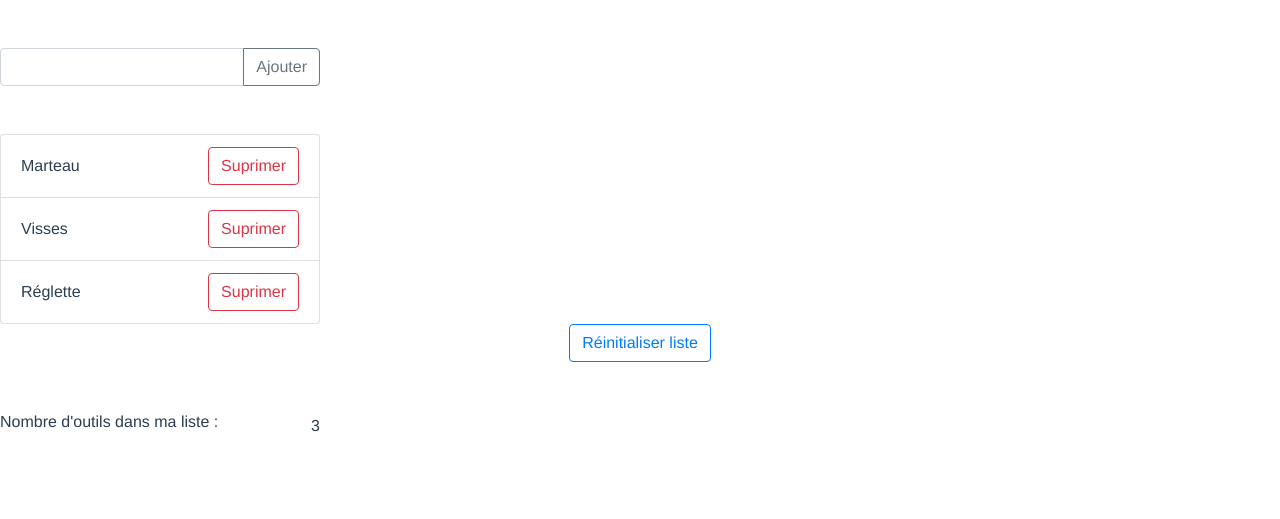
Repository: corentin-e-student/test-vue
Page: /
An editor plug-in stored every save of this project. The page is shown before and after the next save, followed by the edit.
The browser window is 1280 px wide. The pictures show the whole page.
The project was rebuilt for these pictures with package versions that can differ from the ones it lists, and the page was loaded fresh each time. Also part of the build but not shown: vue.config.js.

Above is the page before, as saved 2023-03-01 14:24:01.

### src/main.js
import Vue from 'vue'
import App from './App.vue'
import router from './router'
import store from './store'
import { BootstrapVue } from 'bootstrap-vue'

import 'bootstrap/dist/css/bootstrap.css'
import 'bootstrap-vue/dist/bootstrap-vue.css'

Vue.use(BootstrapVue)
Vue.config.productionTip = false

new Vue({
  router,
  store,
  render: h => h(App)
}).$mount('#app')

### src/store/index.js
import Vue from 'vue'
import Vuex from 'vuex'

import modules from './modules'

Vue.use(Vuex)

export default new Vuex.Store({
  modules
})

### src/views/HomeView.vue
<template>
  <div>
    <TodoList/>
  </div>
</template>

<script>
// @ is an alias to /src
import TodoList from '@/components/TodoList.vue'

export default {
  name: 'HomeView',
  components: {
    TodoList,
  }
}
</script>

### src/store/modules/index.js
const requireModule = require.context('.', false, /\.js$/)
const modules = {}

requireModule.keys().forEach(filename => {
  // create the module name from fileName
  const moduleName = filename
    .replace(/(\.\/|\.js|-)/g, '')

  modules[moduleName] = requireModule(filename).default || requireModule(filename)
})

export default modules

### src/components/TodoList.vue
<template>
    <div id="app-1">

        <b-input-group class="w-25 mt-5">
            <b-form-input type="texte" v-model="toolname"></b-form-input>
            <b-input-group-append>
                <b-button variant="outline-secondary" @click="addTool(toolname)">Ajouter</b-button>
            </b-input-group-append>
        </b-input-group>

        <b-list-group class="w-25 mt-5">
            <b-list-group-item class="d-flex justify-content-between align-items-center" v-for="(tool, index) in todoList" :key="tool.id">
                {{ tool.name }} <b-button variant="outline-danger" @click="removeTool(index)">Suprimer</b-button>
            </b-list-group-item>
        </b-list-group>

        <b-button variant="outline-primary">
            Réinitialiser liste
        </b-button>

        <div class="w-25 mt-5 d-flex justify-content-between align-items-center">
            <label>Nombre d'outils dans ma liste :</label>
            <span>{{ publishTodoListLength }}</span>
        </div>
    </div>
  </template>
  <script>
    import { mapActions, mapGetters, mapState } from 'vuex'
    export default {
        name: 'TodoList',
        data: () => ({
            /* tools: [
            { id: 0, name: 'Marteau' },
            { id: 1, name: 'Visses' },
            { id: 2, name: 'Réglette' }
            ], */
            toolname:null
        }),
        computed: {
            ...mapState({
                todoList: state => state.todo.todoList,
            }),
            ...mapGetters("todo", ["publishTodoListLength"]),
        },
        created() {
            this.readTodoList()
        },
        methods: {
            ...mapActions("todo", ["readTodoList", "addTool", "removeTool"]),
            /* addTool() {
                this.tools.push({id: this.publishTodoListLength +1, name: this.toolname})
            },
            removeTool(id) {
                let toolIndex = this.tools.findIndex(tool => tool.id === id)
                this.tools.splice(toolIndex, 1)
            },
            removeTool2(index) {
                this.tools.splice(index, 1)
            } */
        }
    }
  </script>

### src/store/modules/todo.js
const TODO_LIST_SET = "TODO_LIST_SET"
const ADD_TOOL = "ADD_TOOL"
const REMOVE_TOOL = "REMOVE_TOOL"
export default {
  namespaced: true,
  state: {
    todoList: [],
  },
  getters: {
    publishTodoListLength: ({todoList}) => todoList.length
  },
  mutations: {
    [TODO_LIST_SET](state) {
        state.todoList = [{ id: 0, name: 'Marteau' },
        { id: 1, name: 'Visses' },
        { id: 2, name: 'Réglette' }]
    },
    [ADD_TOOL](state, [publishTodoListLength, toolname]) {
        state.todoList.push({id: publishTodoListLength +1, name: toolname});
    },
    [REMOVE_TOOL](state, index) {
      state.todoList.splice(index, 1)
    },
  },
  actions: {
    readTodoList({commit}) {
        commit(TODO_LIST_SET)
    },
    addTool({commit, getters}, toolname) {
        commit(ADD_TOOL, [getters.publishTodoListLength, toolname])
    },
    removeTool({commit}, index) {
        commit(REMOVE_TOOL, index)
    }
  },
}

Loaded but not shown: public/index.html (common file); src/App.vue (common file); src/router/index.js (common file)

After the next save:
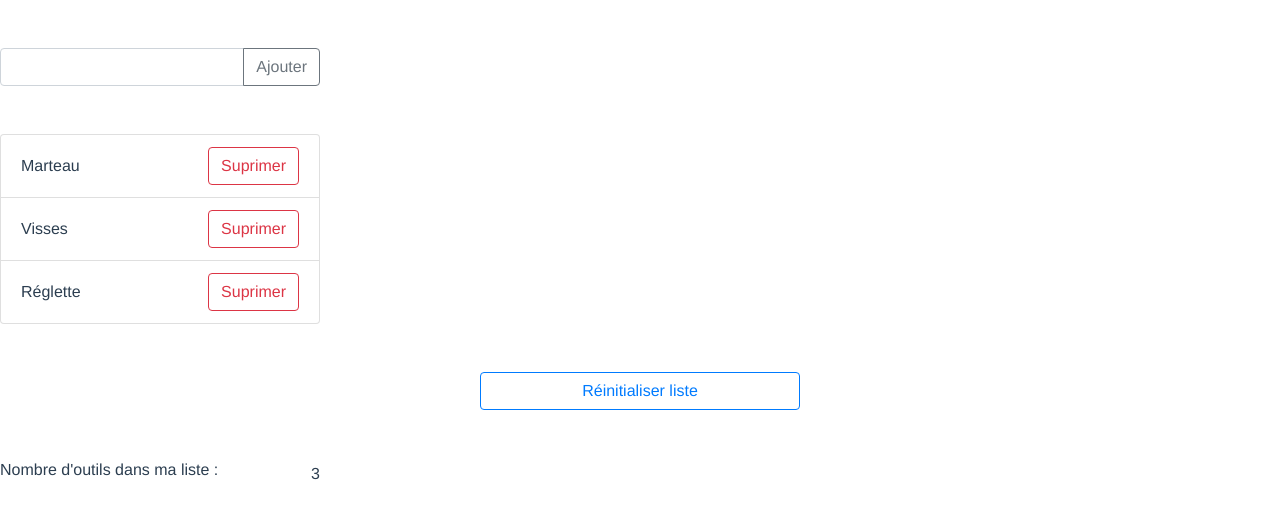
Saved 16 s later.
--- a/src/components/TodoList.vue
+++ b/src/components/TodoList.vue
@@ -14,7 +14,7 @@
             </b-list-group-item>
         </b-list-group>
 
-        <b-button variant="outline-primary">
+        <b-button class="w-25 mt-5" variant="outline-primary">
             Réinitialiser liste
         </b-button>
 
